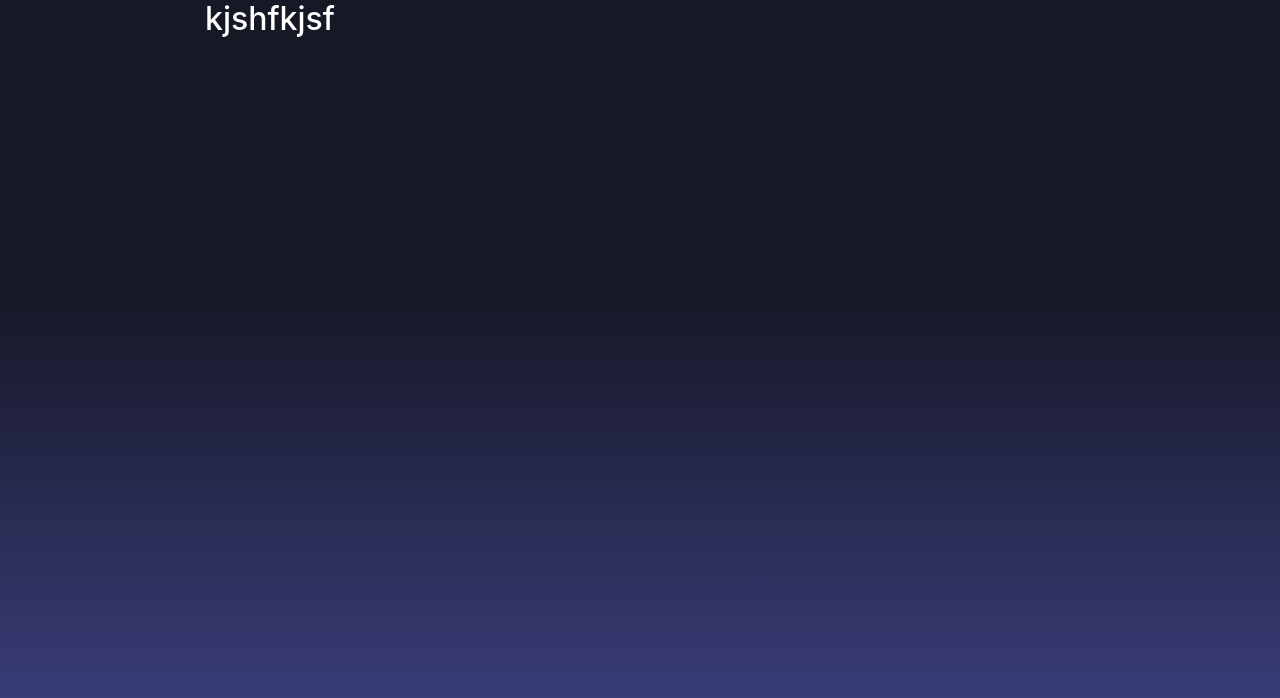
Repository: CristianPalta1/pages_react
Page: /
These files come from the project's save history. The page is drawn as it stood at one moment and after a run of saves; the edit follows.
The browser window is 1280 px wide. The pictures show the whole page.
The project was rebuilt for these pictures with package versions that can differ from the ones it lists, and the page was loaded fresh each time. Also part of the build but not shown: src/components/styles/Navbar.css, src/pages/styles/Home.css, src/components/Forms.jsx, src/pages/InicioSesion.jsx, src/components/Container.jsx, src/pages/Dashboard.jsx, src/pages/IngresoDoc.jsx, src/pages/NotifiDoc.jsx and 10 more.

Above is the page before, as saved 2019-08-29 15:27:36.

### src/index.js
import React from 'react';
import ReactDOM from 'react-dom';
import './index.css';
import 'bootstrap/dist/css/bootstrap.css';

import App from './components/App';
import * as serviceWorker from './serviceWorker';

ReactDOM.render(<App />, document.getElementById('root'));



// If you want your app to work offline and load faster, you can change
// unregister() to register() below. Note this comes with some pitfalls.
// Learn more about service workers: https://bit.ly/CRA-PWA
serviceWorker.unregister();

### src/index.css
body {
  margin: 0;
  font-family: -apple-system, BlinkMacSystemFont, "Segoe UI", "Roboto", "Oxygen",
    "Ubuntu", "Cantarell", "Fira Sans", "Droid Sans", "Helvetica Neue",
    sans-serif;
  -webkit-font-smoothing: antialiased;
  -moz-osx-font-smoothing: grayscale;
}

code {
  font-family: source-code-pro, Menlo, Monaco, Consolas, "Courier New",
    monospace;
}


@import url('https://fonts.googleapis.com/css?family=Lato:300,400,700');
@import url('https://fonts.googleapis.com/css?family=Anton');


* {
  -webkit-font-smoothing: antialiased;
  -moz-osx-font-smoothing: grayscale;
}

body {
  font-family: 'Lato', 'Helvetica Neue', sans-serif;
  background-color: #F4F4F7;
}

h1 {
  font-family: 'Anton', sans-serif;
}

a.link-unstyled {
  color: inherit;
}

a.link-unstyled:hover {
  color: inherit;
  text-decoration: none;
}

.btn {
  padding: 0.375rem 2rem;
}

.btn.btn-primary {
  color: #fff;
  background-color: #7DCD40;
  border-color: #7DCD40;
}

.btn.btn-primary:not(:disabled):not(.disabled):hover {
  color: #fff;
  background-color: #7DCD40;
  border-color: #7DCD40;
}

.btn.btn-primary:not(:disabled):not(.disabled):active {
  color: #fff;
  background-color: #7DCD40;
  border-color: #7DCD40;
}

.btn.btn-primary:not(:disabled):not(.disabled):focus {
  box-shadow: 0 0 0 0.2rem rgba(125, 205, 64, 0.5);
}

.btn.btn-danger {
  color: #fff;
  background-color: #CD4040;
  border-color: #CD4040;
}

.btn.btn-danger:not(:disabled):not(.disabled):hover {
  color: #fff;
  background-color: #CD4040;
  border-color: #CD4040;
}

.btn.btn-danger:not(:disabled):not(.disabled):active {
  color: #fff;
  background-color: #CD4040;
  border-color: #CD4040;
}

.btn.btn-danger:not(:disabled):not(.disabled):focus {
  box-shadow: 0 0 0 0.2rem rgba(255, 64, 64, 0.5);
}

### src/components/App.js


import React from 'react';
import { BrowserRouter, Switch, Route } from 'react-router-dom';

// import logo from './logo.svg';
// import './App.css';
// import Navbar from "./Navbar";
// import Carousel from './Carousel';
// import Badge from './Badge';
// import Forms from './Forms';
import Layout from './Layout';
import Inicio from '../pages/Inicio';
import InicioSesion from '../pages/InicioSesion';
import Dashboard from '../pages/Dashboard';
import IngresoDoc from '../pages/IngresoDoc';
import NotificDoc from '../pages/NotifiDoc';
import Registro from '../pages/Registro';
import Loader from '../pages/Loader'
import NotFound from '../pages/NotFound';

function App() {
  return (
    <BrowserRouter>
      {/* <Layout> */}
        <Switch>
          <Route exact path="/" component={Inicio} />
          <Route exact path="/Inicio_Sesion" component={InicioSesion} />
          <Route exact path="/Dashboard" component={Dashboard} />
          <Route exact path="/Registro_Usuarios" component={Registro} />
          <Route exact path="/Dashboard/Ingreso_Documentos" component={IngresoDoc} />
          <Route exact path="/Dashboard/Notificacion_Documentos" component={NotificDoc} />
          <Route exact path="/Dashboard/Datos_Api" component={Loader} />
          <Route component={NotFound} />
        </Switch>
      {/* </Layout> */}
    </BrowserRouter>

  );
}

export default App;

### src/pages/Inicio.jsx
//Aqui mostrare el formulario de inicio de sesión

import React, { Component } from "react";
// import { Link } from "react-router-dom";

import "./styles/Home.css";
import Forms from "../components/Forms";

class Inicio extends Component {
  //Debo inicializar mi estado, como objeto vacio
  state = {
    form: {
        Name: '',
        Pass: ''
    }
  };

  handleChange = e => {
    //Para ver el valor del inpunt see escribe value:e.target.value
    //tambien funciona con el input para saber que es name:e.target.name

    // const nextForm = this.state.form
    // nextForm[e.target.name] =  e.target.value;

    this.setState({
      // form: nextForm,
      //Esto es lo que va a hacer es que cada campo, se guardada en su respectivo input
      form: {
        ...this.state.form,
        [e.target.name]: e.target.value
      }
    });
  };

  //Evento para saber que sucedio al hacer click en el boton
  handleClick = e => {
    console.log("Boton Oprimido");
  };

  //El boton es de tipo submit, si no quiero que eso pase porque recarga la pagina,
  //debo espicicar el tipo de boton. En este caso tipo button
  handleSubmit = e => {
    e.preventDefault();
    console.log("Formulario ha sido Enviado");
    console.log(this.state.form);
  };

  render() {
    return (

      <div className="container">
        <h2>kjshfkjsf</h2>
      </div>
    );
  }
}

export default Inicio;

### src/pages/styles/Api.css
* {
    box-sizing: border-box;
  }

  body {
    font-family: -apple-system, BlinkMacSystemFont, "Segoe UI", Roboto, Oxygen,
      Ubuntu, Cantarell, "Open Sans", "Helvetica Neue", sans-serif;
    color: white;
    background: rgb(22, 24, 38);
    background: linear-gradient(
      180deg,
      rgba(22, 24, 38, 1) 0%,
      rgba(22, 24, 38, 1) 40%,
      rgba(58, 62, 123, 1) 100%
    );
    background-repeat: no-repeat;
    min-height: 100vh;
  }

  .App {
    display: flex;
    flex-direction: column;
  }

  .Logo {
    align-self: center;
    max-width: 100%;
  }

  ul {
    list-style: none;
    padding-left: 0;
  }

  .container {
    width: 100%;
    max-width: 900px;
    margin: 0 auto;
  }

  .row {
    display: flex;
    flex-wrap: wrap;
  }

  .col-6 {
    padding-left: 0.5rem;
    padding-right: 0.5rem;
    flex-basis: 50%;
  }

  @media screen and (min-width: 600px) {
    .col-md-3 {
      padding-left: 0.5rem;
      padding-right: 0.5rem;
      flex-basis: 25%;
    }
  }

  .CharacterCard {
    width: 100%;
    height: 240px;
    background: white;
    background-size: cover;
    background-repeat: no-repeat;
    background-position: center;
    border-radius: 5px;
    overflow: hidden;
    margin-bottom: 1rem;
    position: relative;
  }

  .CharacterCard__name-container {
    color: white;
    position: absolute;
    bottom: 0;
    width: 100%;
    background-color: rgba(0, 0, 0, 0.7);
    padding: 1rem 0.5rem;
  }

  .text-truncate {
    text-overflow: ellipsis;
    white-space: nowrap;
    overflow: hidden;
  }

  .text-center {
    text-align: center;
  }

  button {
    background-color: #44c767;
    border-radius: 4px;
    border: 1px solid #18ab29;
    display: inline-block;
    cursor: pointer;
    color: #ffffff;
    font-size: 17px;
    padding: 16px 31px;
    text-decoration: none;
    text-shadow: 0px 1px 0px #2f6627;
  }

### src/components/Navbar.jsx
import React from "react";
import { Link } from "react-router-dom";
import "./styles/Navbar.css";

// import './styles/Navbar.css';
// import logo from '../images/logo.svg';

class Navbar extends React.Component {
  render() {
    return (
      <div>
        <nav
          className="navbar navbar-expand-lg navbar-light bg-light fixed-top"
          role="navigation"
        >
          <a className="navbar-brand" href="#">
            IRRIGATIC
          </a>
          <button
            className="navbar-toggler"
            type="button"
            data-toggle="collapse"
            data-target="#navbarText"
            aria-controls="navbarText"
            aria-expanded="false"
            aria-label="Toggle navigation"
          >
            <span className="navbar-toggler-icon"></span>
          </button>
          <div className="collapse navbar-collapse" id="navbarText">
            <ul className="navbar-nav mr-auto">
              <li className="nav-item active">
                <a className="nav-link" href="#">
                  Servicios
                </a>
              </li>
              <li className="nav-item">
                <a className="nav-link" href="#">
                  Quienes Somos
                </a>
              </li>
              <li className="nav-item">
                <a className="nav-link" href="#">
                  Contactanos
                </a>
              </li>
            </ul>
            {/* <span className="navbar-text">Navbar text with an inline element</span> */}
          </div>
        </nav>
      </div>
    );
  }
}

export default Navbar;

Loaded but not shown: public/index.html (common file); src/serviceWorker.js (common file); src/components/Layout.jsx (common file)

After the next 2 saves:
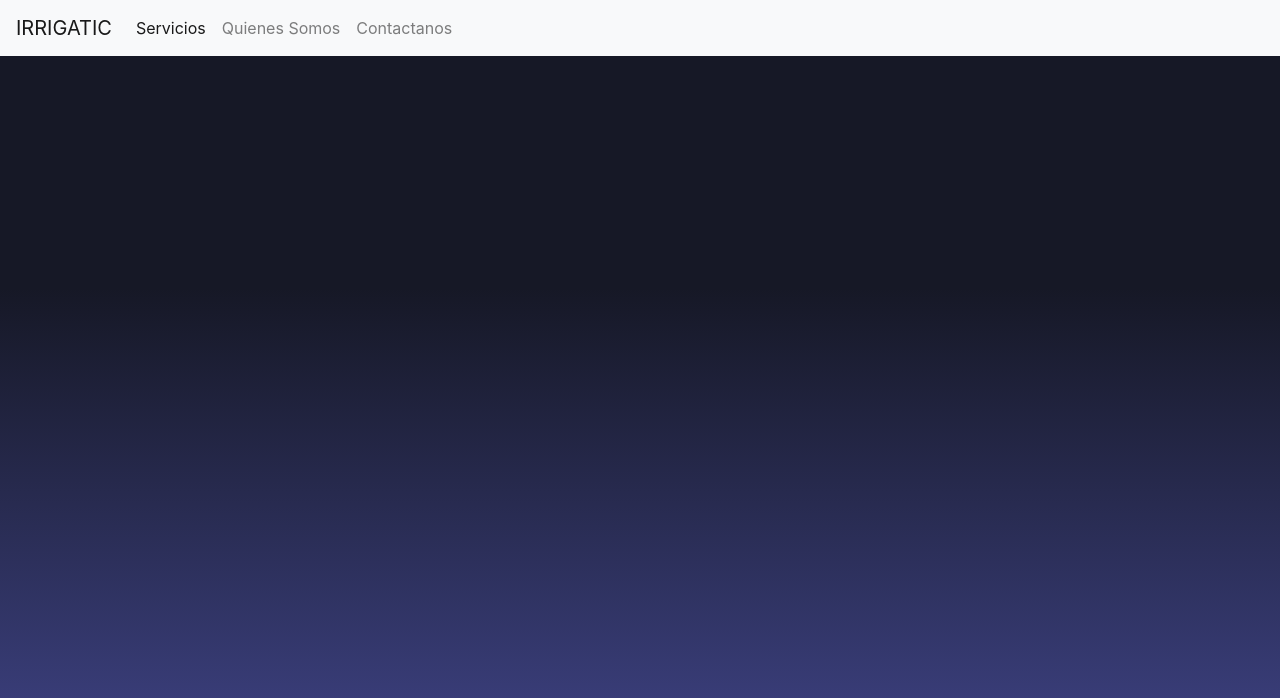
The 2 saves are shown as one change because they came seconds apart.
The last was saved 13 s later.
--- a/src/components/App.js
+++ b/src/components/App.js
@@ -22,7 +22,7 @@ import NotFound from '../pages/NotFound';
 function App() {
   return (
     <BrowserRouter>
-      {/* <Layout> */}
+      <Layout>
         <Switch>
           <Route exact path="/" component={Inicio} />
           <Route exact path="/Inicio_Sesion" component={InicioSesion} />
@@ -33,7 +33,7 @@ function App() {
           <Route exact path="/Dashboard/Datos_Api" component={Loader} />
           <Route component={NotFound} />
         </Switch>
-      {/* </Layout> */}
+      </Layout>
     </BrowserRouter>
 
   );
